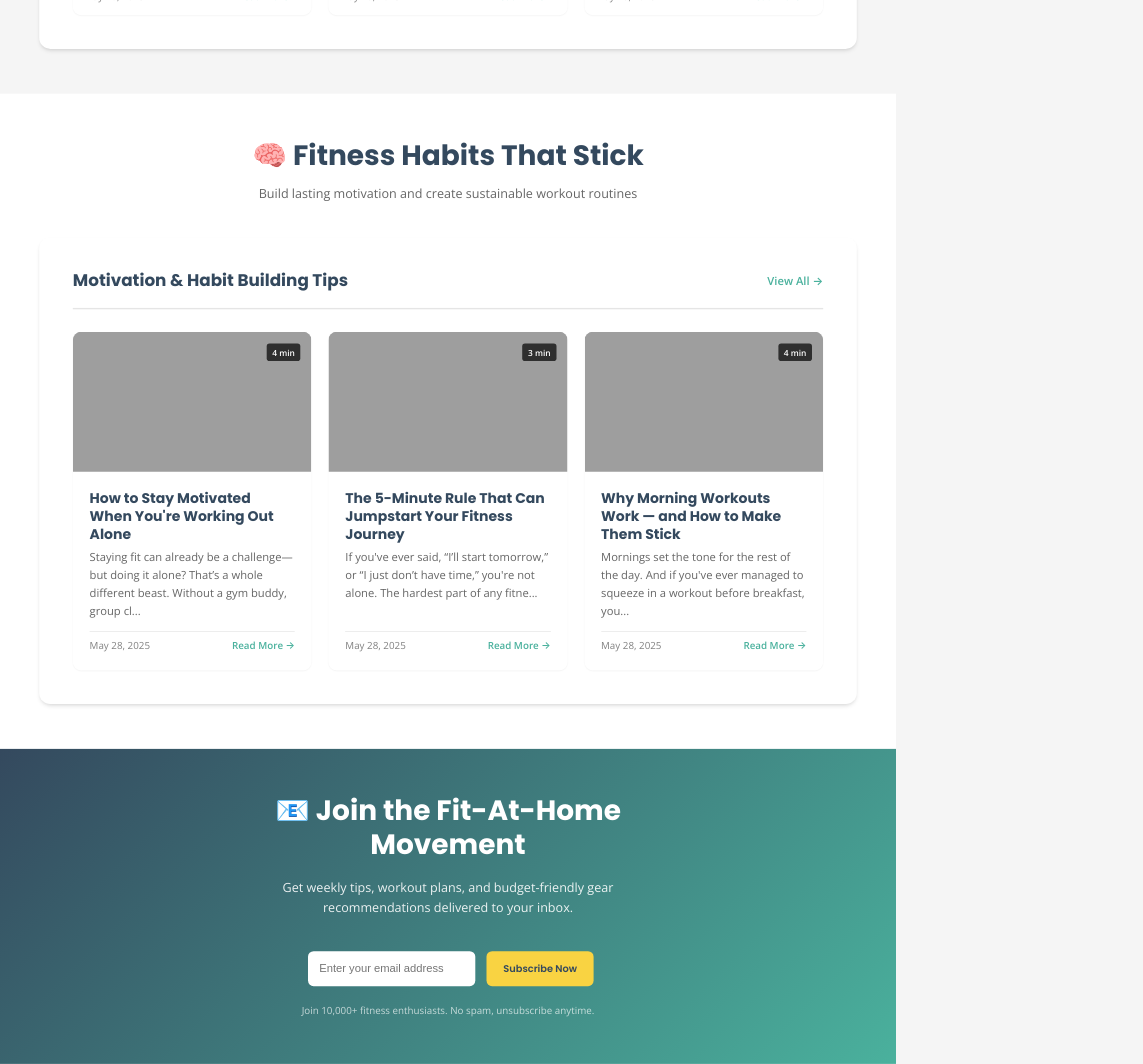
Repository: broad-solutions-group/info-home-fitness
Page: /
The author's editor kept a copy of each file at every save. The page is drawn from the files as they stood at one save, then again after the next save.
The browser window is 1280 px wide. The page is 1633 px wide, so the pictures cover 1633 px, including what lies to the right of the window. The pictures show the part of the page from y = 4507 to 6027 px (the page is 6027 px tall before and 5995 px after), at 70% of full size.
Pictures or frames that could not be fetched are drawn as grey boxes. The project was rebuilt for these pictures with package versions that can differ from the ones it lists, and the page was loaded fresh each time. The framework's server and built-in components were replaced by stand-ins that run in the browser. Also part of the build but not shown: next.config.mjs.

Above is the page before, as saved 2025-05-30 01:59:24.

After the next save:
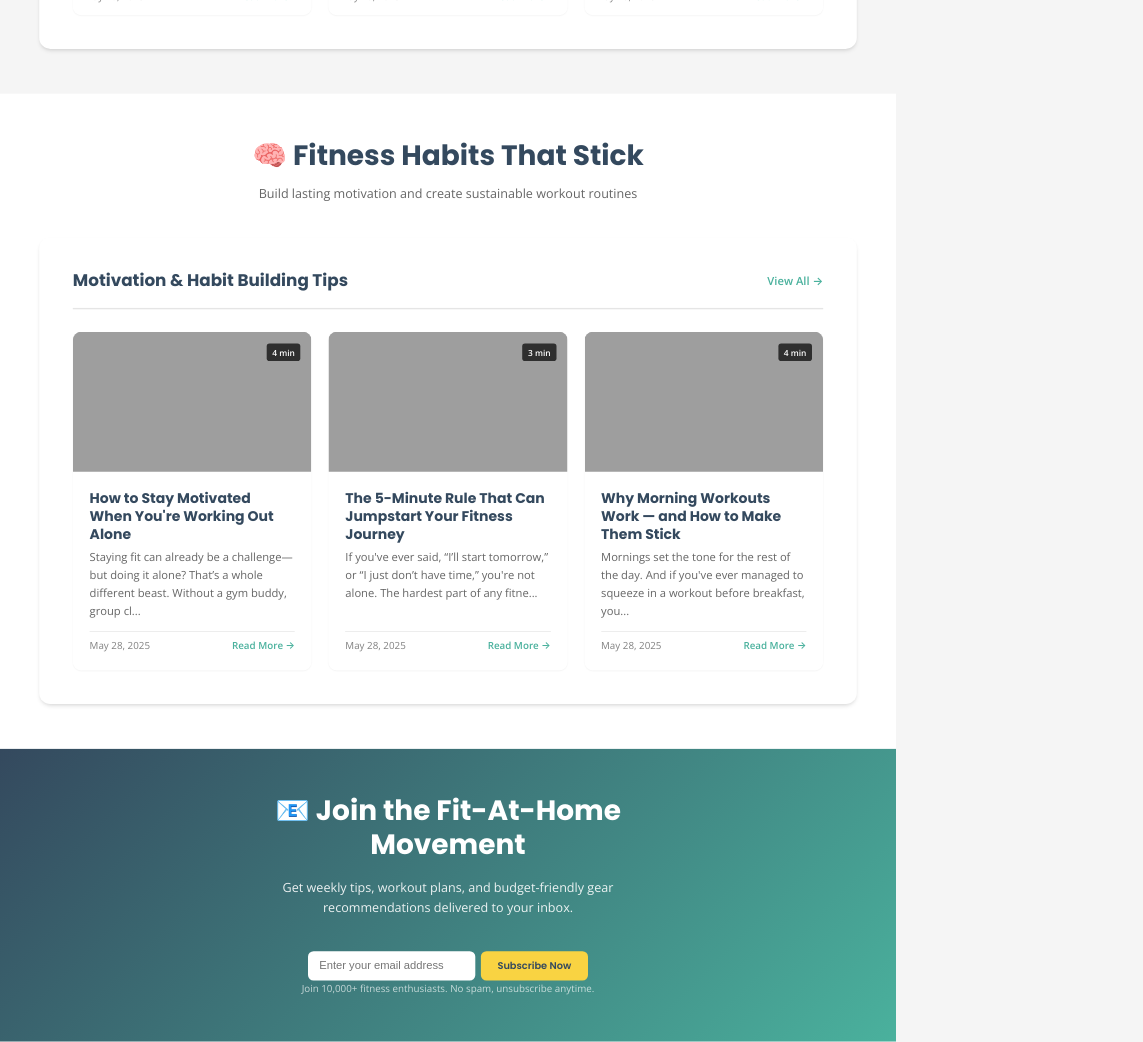
Saved 16 s later.
--- a/src/app/page.tsx
+++ b/src/app/page.tsx
@@ -1,5 +1,6 @@
 import { dataService } from './services/dataService';
 import ArticleCard from './components/ArticleCard/ArticleCard';
+import Newsletter from './components/Newsletter/Newsletter';
 import Link from 'next/link';
 import styles from './page.module.css';
 
@@ -215,16 +216,7 @@ export default function Home() {
             <p className={styles.ctaDescription}>
               Get weekly tips, workout plans, and budget-friendly gear recommendations delivered to your inbox.
             </p>
-            <div className={styles.ctaForm}>
-              <input
-                type="email"
-                placeholder="Enter your email address"
-                className={styles.ctaInput}
-              />
-              <button className="btn btn-accent">
-                Subscribe Now
-              </button>
-            </div>
+            <Newsletter />
             <p className={styles.ctaDisclaimer}>
               Join 10,000+ fitness enthusiasts. No spam, unsubscribe anytime.
             </p>
